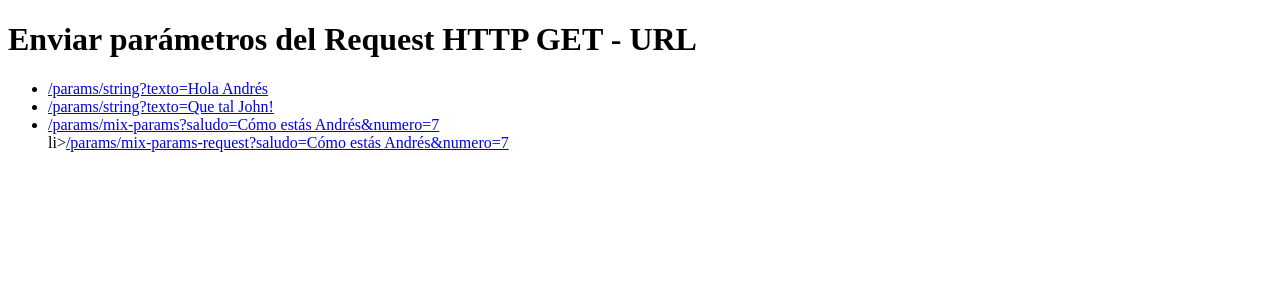
Repository: kaibalam/spring-repos
Page: http://localhost/params/index
The author's editor kept a copy of each file at every save. The page is drawn from the files as they stood at one save, then again after the next save.
The browser window is 1280 px wide. The pictures show the whole page.
The page is this project's Thymeleaf template; nobody is signed in. The template is opened directly, without the code that normally fills it, so the values that code supplies are empty.

Above is the page before, as saved 2024-02-26 22:57:55.

After the next save:
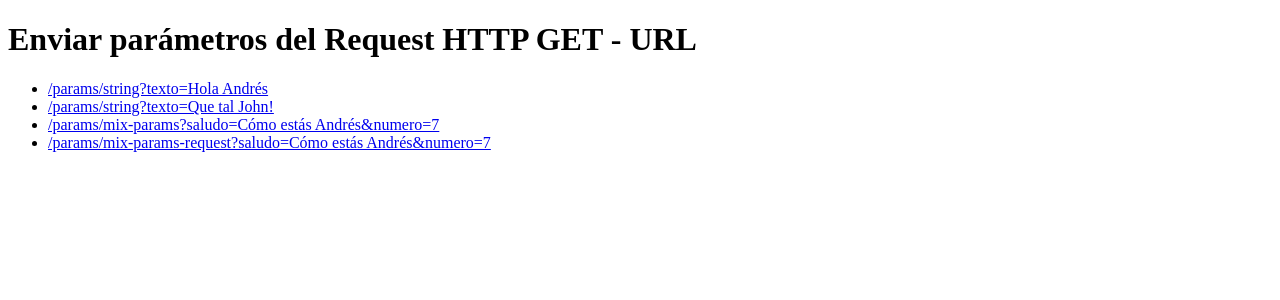
Saved 32 s later.
--- a/spring-boot-web/src/main/resources/templates/params/index.html
+++ b/spring-boot-web/src/main/resources/templates/params/index.html
@@ -13,8 +13,8 @@
 		<li><a th:href="@{/params/string(texto='Que tal John!')}">/params/string?texto=Que tal John!</a></li>
 		<li><a th:href="@{/params/mix-params(saludo='Cómo estás Andrés', numero=7)}">/params/mix-params?saludo=Cómo
 				estás Andrés&numero=7</a></li>
-		li><a th:href="@{/params/mix-params-request(saludo='Cómo estás Andrés', numero=7)}">/params/mix-params-request?saludo=Cómo
-			estás Andrés&numero=7</a></li>
+		<li><a th:href="@{/params/mix-params-request(saludo='Cómo estás Andrés', numero=7)}">/params/mix-params-request?saludo=Cómo
+				estás Andrés&numero=7</a></li>
 	</ul>
 </body>
 
